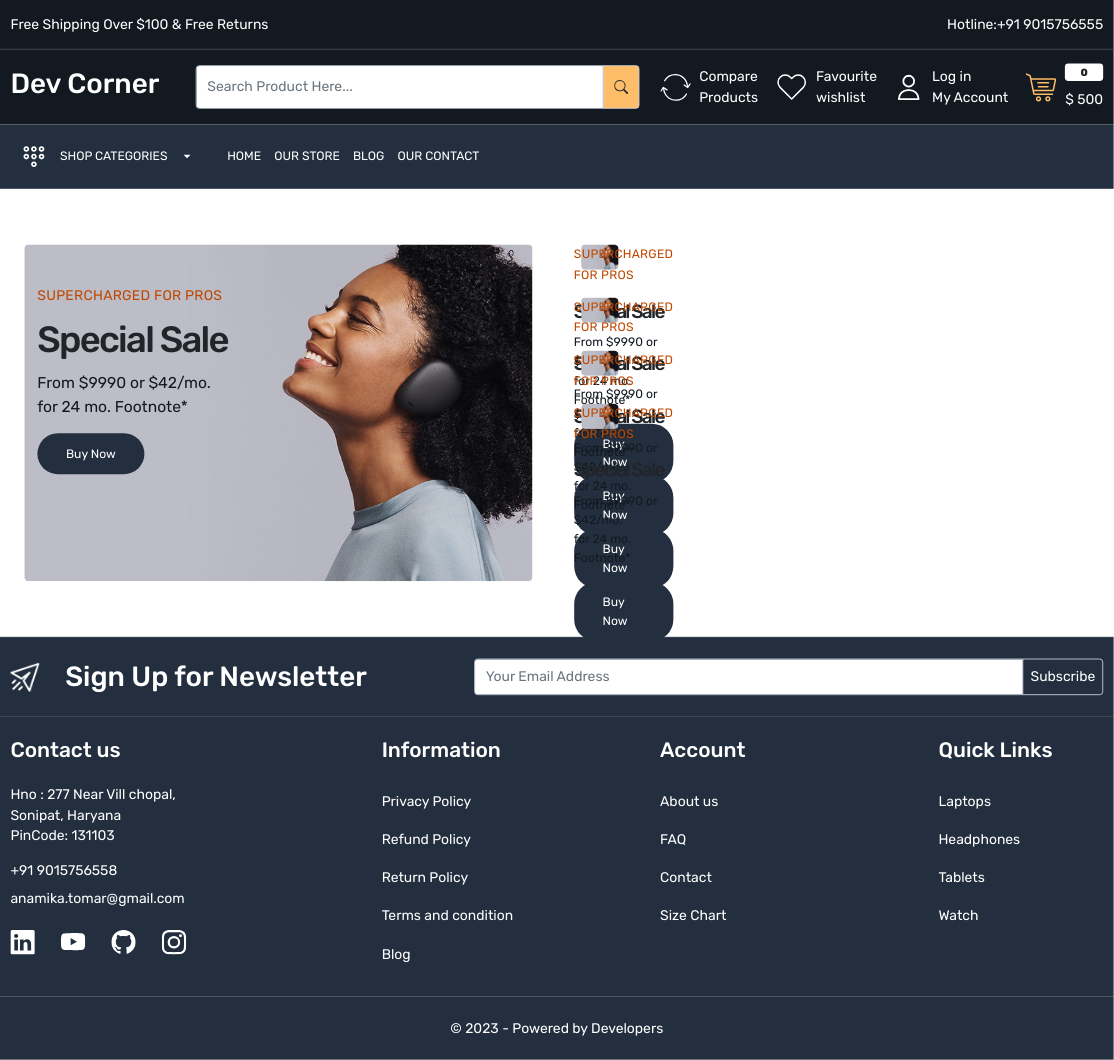
Repository: anamikatomar21/demo
Page: /
These files come from the project's save history. The page is drawn as it stood at one moment and after a run of saves; the edit follows.
The browser window is 1280 px wide. The pictures show the whole page, at 87% of full size.
The project was rebuilt for these pictures with package versions that can differ from the ones it lists, and the page was loaded fresh each time. Also part of the build but not shown: src/pages/About.js, src/pages/Contact.js.

Above is the page before, as saved 2023-05-14 20:49:06.

After the next 5 saves:
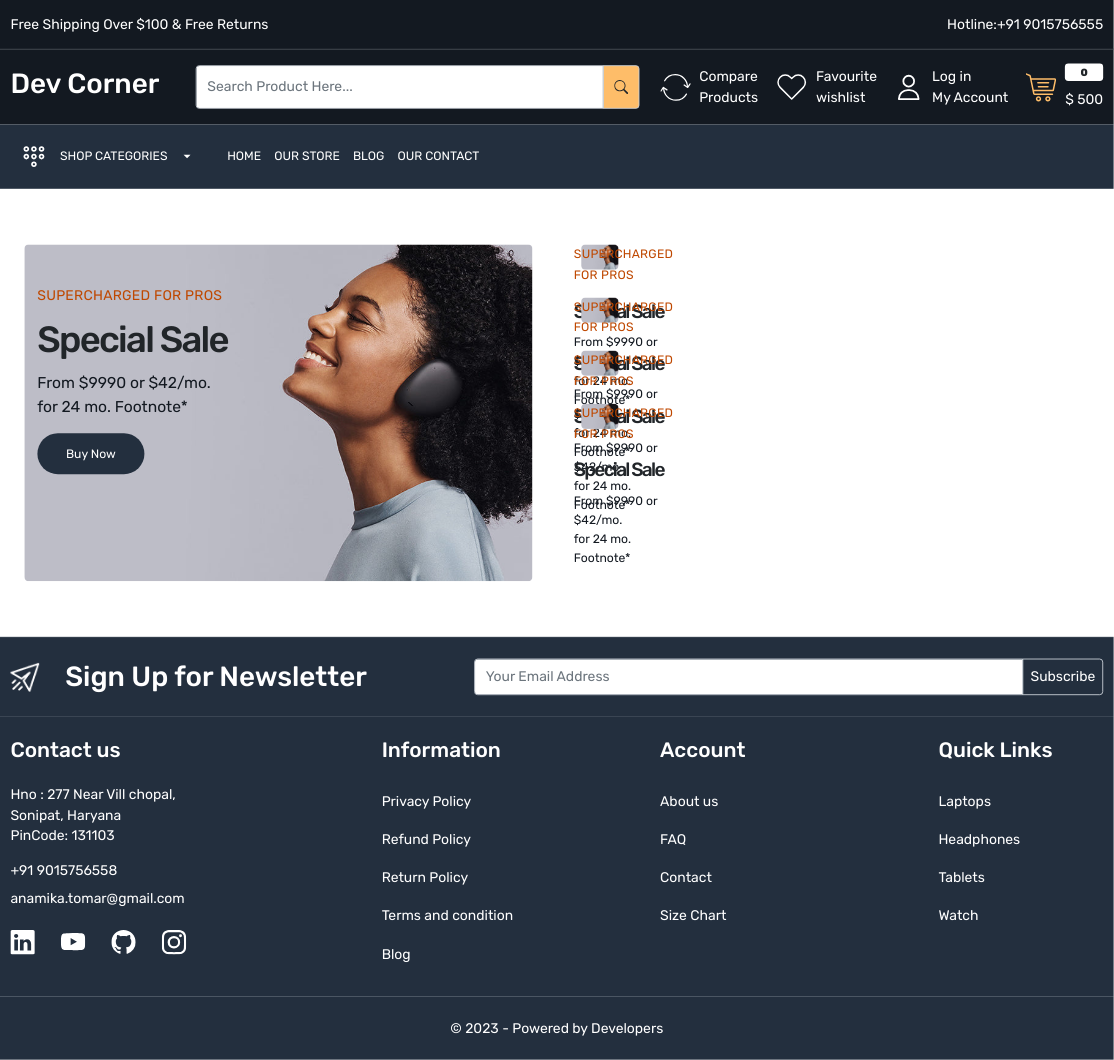
The 5 saves are shown as one change because they came seconds apart.
The last was saved 29 s later.
--- a/src/pages/Home.js
+++ b/src/pages/Home.js
@@ -42,7 +42,6 @@
                       <br />
                       for 24 mo. Footnote*
                     </p>
-                    <Link className="button">Buy Now</Link>
                   </div>
                 </div>
               </div>
@@ -61,7 +60,6 @@
                       <br />
                       for 24 mo. Footnote*
                     </p>
-                    <Link className="button">Buy Now</Link>
                   </div>
                 </div>
               </div>
@@ -80,7 +78,6 @@
                       <br />
                       for 24 mo. Footnote*
                     </p>
-                    <Link className="button">Buy Now</Link>
                   </div>
                 </div>
               </div>
@@ -99,7 +96,6 @@
                       <br />
                       for 24 mo. Footnote*
                     </p>
-                    <Link className="button">Buy Now</Link>
                   </div>
                 </div>
               </div>
